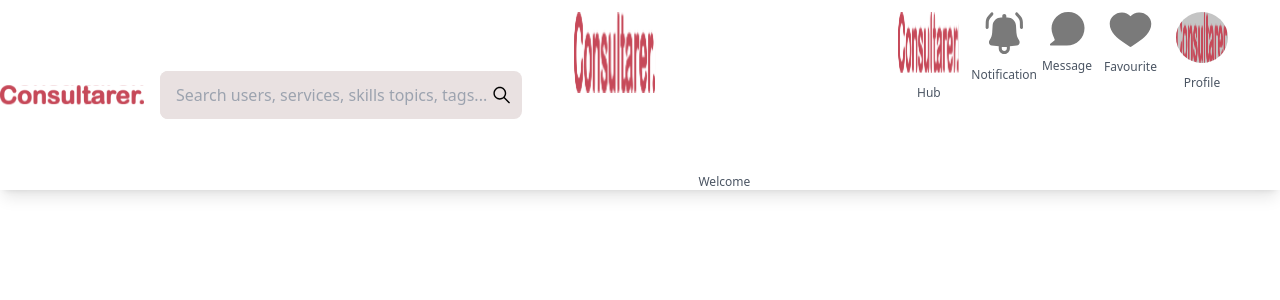
Repository: hisreal123/Consultarer
Page: /
An editor plug-in stored every save of this project. The page is shown before and after a run of saves, followed by the edit.
The browser window is 1280 px wide. The pictures show the whole page.
The project was rebuilt for these pictures with package versions that can differ from the ones it lists, and the page was loaded fresh each time. The framework's server and built-in components were replaced by stand-ins that run in the browser. Also part of the build but not shown: next.config.js, webpack.config.js.

Above is the page before, as saved 2022-04-19 16:52:58.

After the next 2 saves:
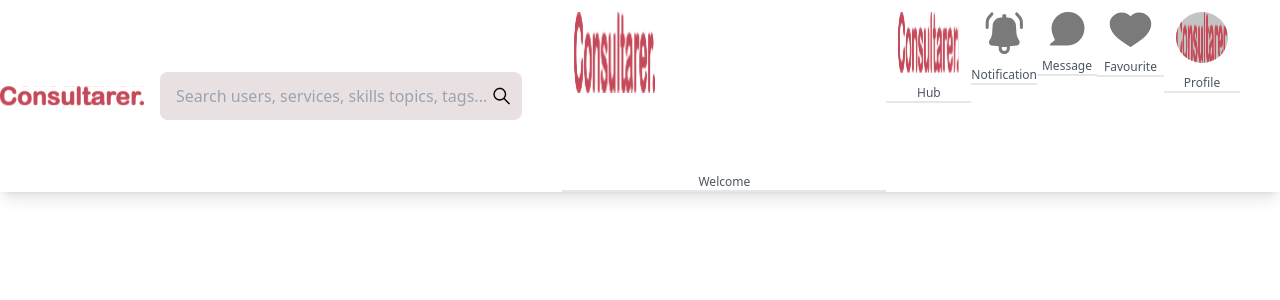
The 2 saves are shown as one change because they came seconds apart.
The last was saved 6 s later.
--- a/components/TopNav/NavItems.js
+++ b/components/TopNav/NavItems.js
@@ -7,7 +7,7 @@
       <ul>
         <li>
           <Link href="/#" passHref={true} className="group ">
-            <a className="lg:flex lg:flex-col lg:items-center hover:text-black lg:text-gray-600 lg:text-xs  trasition lg: lg:hover:border-b-black">
+            <a className="lg:flex lg:flex-col lg:items-center hover:text-black lg:text-gray-600 lg:text-xs  trasition lg:border-b-2  lg:hover:border-b-black">
               <span className="hover:text-green block lg:p-3  ">{icon}</span>
               <span className="font-normal hover:scale-105 transition-all">
                 {title}
